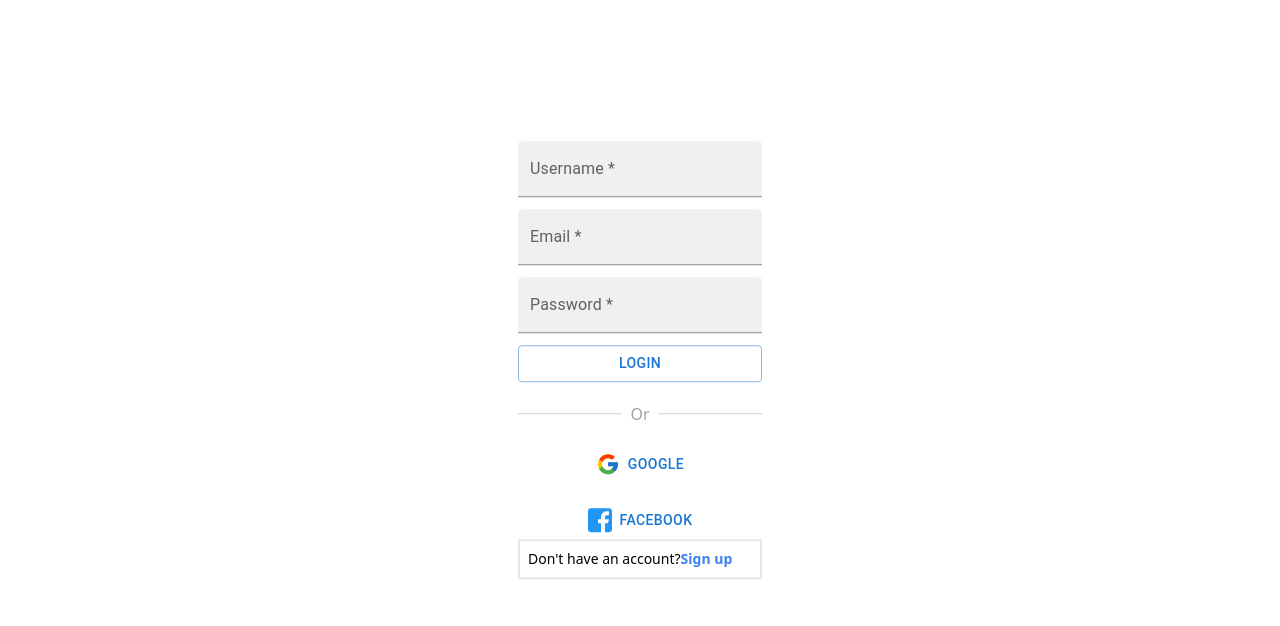
Repository: satya-ranjon/Instagram-clone-dev
Page: /login
These files come from the project's save history. The page is drawn as it stood at one moment and after the next save; the edit follows.
The browser window is 1280 px wide. The pictures show the whole page.
The project was rebuilt for these pictures with package versions that can differ from the ones it lists, and the page was loaded fresh each time. Also part of the build but not shown: src/components/PostDetiels/PostDetielPost.jsx, src/components/PostDetiels/PostDetielsHader.jsx, src/components/PostDetiels/SingleComment.jsx, src/components/PostDetiels/CommentDetiels.jsx, src/components/PostDetiels/Comment.jsx, src/components/PostDetiels/PostDitelsFooter.jsx, src/components/PostDetiels/PostDetielsContainer.jsx, src/components/Expolor/ExpolorPost.jsx and 37 more.

Above is the page before, as saved 2022-04-25 17:32:08.

### public/index.html
<!DOCTYPE html>
<html lang="en">
  <head>
    <meta charset="utf-8" />
    <link rel="icon" href="%PUBLIC_URL%/faveicon.png" />
    <meta name="viewport" content="width=device-width, initial-scale=1" />
    <meta name="theme-color" content="#000000" />
    <meta
      name="description"
      content="Web site created using create-react-app"
    />
    <link rel="apple-touch-icon" href="%PUBLIC_URL%/logo192.png" />
    <!--
      manifest.json provides metadata used when your web app is installed on a
      user's mobile device or desktop. See https://developers.google.com/web/fundamentals/web-app-manifest/
    -->
    <link rel="manifest" href="%PUBLIC_URL%/manifest.json" />
    <!--
      Notice the use of %PUBLIC_URL% in the tags above.
      It will be replaced with the URL of the `public` folder during the build.
      Only files inside the `public` folder can be referenced from the HTML.

      Unlike "/favicon.ico" or "favicon.ico", "%PUBLIC_URL%/favicon.ico" will
      work correctly both with client-side routing and a non-root public URL.
      Learn how to configure a non-root public URL by running `npm run build`.
    -->
    <title>React App</title>
  </head>
  <body>
    <noscript>You need to enable JavaScript to run this app.</noscript>
    <div id="root"></div>
    <!--
      This HTML file is a template.
      If you open it directly in the browser, you will see an empty page.

      You can add webfonts, meta tags, or analytics to this file.
      The build step will place the bundled scripts into the <body> tag.

      To begin the development, run `npm start` or `yarn start`.
      To create a production bundle, use `npm run build` or `yarn build`.
    -->
  </body>
</html>

### src/index.css
@import url("https://fonts.googleapis.com/css2?family=Kaushan+Script&display=swap");

@tailwind base;
@tailwind components;
@tailwind utilities;

@layer components {
  .grid___three {
    @apply grid grid-cols-1 sm:grid-cols-2 md:grid-cols-3 gap-2 lg:gap-4 transition-all duration-300 my-10 font-semibold mx-10  sm:mx-20 lg:mx-32 xl:mx-40;
  }
  .grid___two {
    @apply grid grid-cols-1 sm:grid-cols-2 gap-2 lg:gap-4  my-10 font-semibold mx-10 transition-all duration-300 sm:mx-20 lg:mx-32 xl:mx-40;
  }
  .grid___one {
    @apply grid grid-cols-1  gap-2 lg:gap-4  my-10 font-semibold mx-10 sm:mx-32 md:mx-44 transition-all duration-300 lg:mx-60 xl:mx-60;
  }
  .img__three {
    @apply bg-red-300 w-full h-[18rem] transition-all duration-300 sm:h-[14rem] xl:h-[18rem] 2xl:h-[28rem];
  }
  .img__two {
    @apply bg-red-300 w-full h-[18rem] transition-all duration-300 sm:h-[20rem] lg:h-[24rem] xl:h-[28rem] 2xl:h-[40rem];
  }
  .img__one {
    @apply bg-red-300 w-full h-[18rem] transition-all duration-300 sm:h-[20rem] lg:h-[32rem] xl:h-[40rem] 2xl:h-[52rem];
  }
  .button__btn {
    @apply text-sm bg-neutral-200 transition-all duration-300 hover:bg-neutral-300 my-auto p-1 px-3 rounded-sm font-semibold cursor-pointer;
  }
  .photo__feed {
    @apply grid grid-cols-2 md:grid-cols-3 lg:grid-cols-4 gap-3 sm:max-h-[26rem] h-fit sm:overflow-y-scroll;
  }
  .profile_section {
    @apply w-full px-10 sm:px-0 sm:w-[18rem] md:w-[25rem] lg:w-[38rem] xl:w-[50rem] 2xl:w-[60rem];
  }
  .image__i {
    @apply h-[12rem] sm:h-[10rem] lg:h-[12rem] w-full bg-red-200;
  }
  .video__v {
    @apply h-[20rem] md:h-full w-full bg-red-200 sm:col-span-2 row-span-2;
  }
  .post__detiels_model {
    @apply transition-all duration-300 sm:w-[36rem] lg:w-[60rem] xl:w-[75rem] h-[70rem]  lg:h-[50rem] flex lg:flex-row flex-col justify-between;
  }
}

@layer utilities {
  .text__2xl {
    font-size: 3rem;
  }
}

/* body::-webkit-scrollbar {
  display: none;
} */
.hide_scrollbar::-webkit-scrollbar {
  display: none;
  overflow: hidden;
}

#category {
  overflow: hidden;
}

.hover_show {
  top: -1000%;
  left: 0%;
  transition: all 0.3s;
}
.expolor:hover .hover_show {
  display: block;
  top: 0%;
}

.login__box {
  position: absolute;
  top: 50%;
  left: 50%;
  transform: translate(-50%, -50%);
}

### src/App.js
import { Route, Routes } from "react-router-dom";
import ExpolorContainer from "./components/Expolor/ExpolorContainer";
import HomeContainder from "./components/Home/HomeContainder";
import InboxContainer from "./components/Inbox/InboxContainer";
import LoginSign from "./components/LoginSign";
import PrivateRoutes from "./components/PrivateRoutes";
import ProfileContainer from "./components/Profile/ProfileContainer";

function App() {
  return (
    <>
      <Routes>
        <Route path="/*" element={<PrivateRoutes />}>
          <Route path="" element={<HomeContainder />} />
          <Route path="inbox" element={<InboxContainer />} />
          <Route path="profile" element={<ProfileContainer />} />
          <Route path="expolor" element={<ExpolorContainer />} />
        </Route>
        <Route path="/login" element={<LoginSign />} />
        <Route path="/signup" element={<LoginSign />} />
      </Routes>
    </>
  );
}

export default App;

### src/components/LoginSign.jsx
import { Button, TextField } from "@mui/material";
import React from "react";
import { FcGoogle } from "react-icons/fc";
import facebook from "../Assets/image/facebook.png";
import { useLocation } from "react-router-dom";
export default function LoginSign() {
  const { pathname } = useLocation();
  return (
    <div className=" w-full h-screen">
      <div className="login__box">
        <div className=" space-y-5">
          <form className=" space-y-3">
            {pathname === "/login" && (
              <TextField
                className="w-full"
                id="filled-basic"
                label="Username *"
                variant="filled"
              />
            )}
            <br />
            <TextField
              className="w-full"
              id="filled-basic"
              label="Email *"
              variant="filled"
            />
            <br />
            <TextField
              className="w-full"
              id="filled-basic"
              label="Password *"
              variant="filled"
            />
            <br />
            <Button className="w-full" variant="outlined">
              Login
            </Button>
          </form>
          <div className="flex justify-between space-x-2 text-gray-400">
            <div className="w-full h-[1px] bg-gray-300 my-auto"></div>
            <div className="">Or</div>
            <div className="w-full h-[1px] bg-gray-300 my-auto"></div>
          </div>
          <Button variant="text" className=" w-full flex space-x-2">
            <FcGoogle className=" text-2xl" />
            <p className="">Google</p>
          </Button>
          <Button variant="text" className=" w-full flex space-x-2">
            <img src={facebook} alt="" />
            <p className=" ">Facebook</p>
          </Button>
        </div>
        <div className="w-ful text-sm border-2 p-2">
          <p>
            Don't have an account?
            <span className=" text-blue-500 font-semibold">Sign up</span>
          </p>
        </div>
      </div>
    </div>
  );
}

### tailwind.config.js
module.exports = {
  content: ["./src/**/*.{js,jsx,ts,tsx}"],
  theme: {
    extend: {
      screens: {
        "3sm": "380px",
        "2sm": "480px",
        "4sm": "640px",
        "2lg": "1160px",
      },
    },
  },
  plugins: [require("tailwind-scrollbar")],
};

Loaded but not shown: src/index.js (common file)

After the next save:
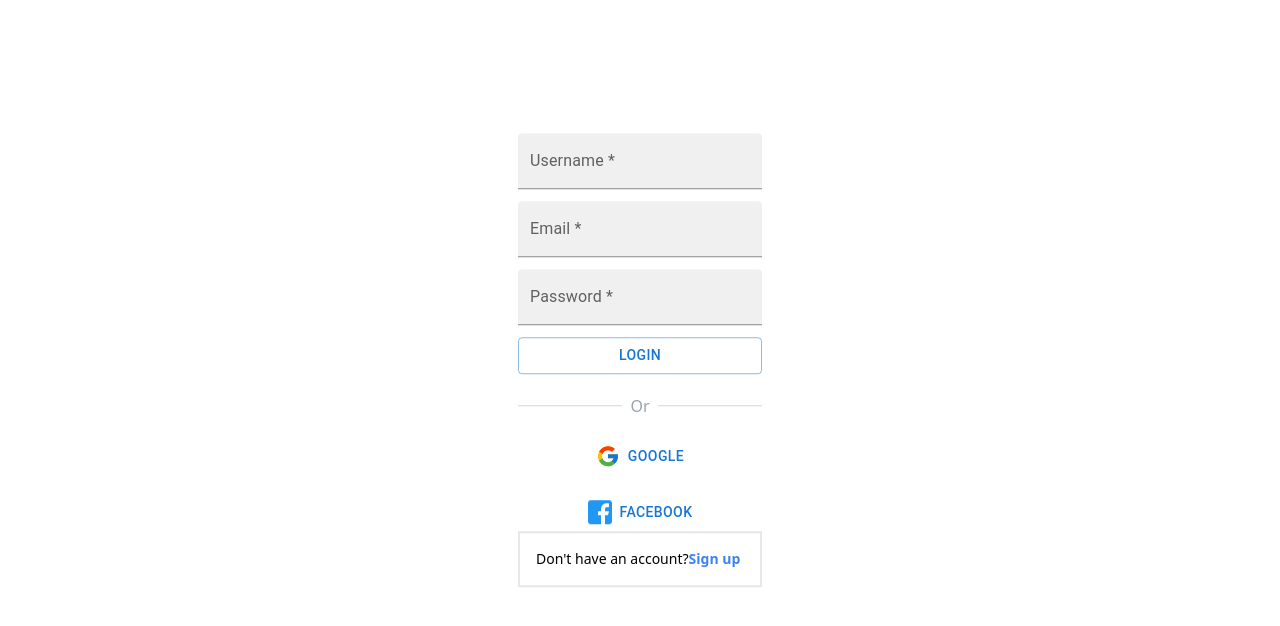
Saved 4 s later.
--- a/src/components/LoginSign.jsx
+++ b/src/components/LoginSign.jsx
@@ -51,7 +51,7 @@
             <p className=" ">Facebook</p>
           </Button>
         </div>
-        <div className="w-ful text-sm border-2 p-2">
+        <div className="w-ful text-sm border-2 p-4">
           <p>
             Don't have an account?
             <span className=" text-blue-500 font-semibold">Sign up</span>

After the 2 saves that followed:
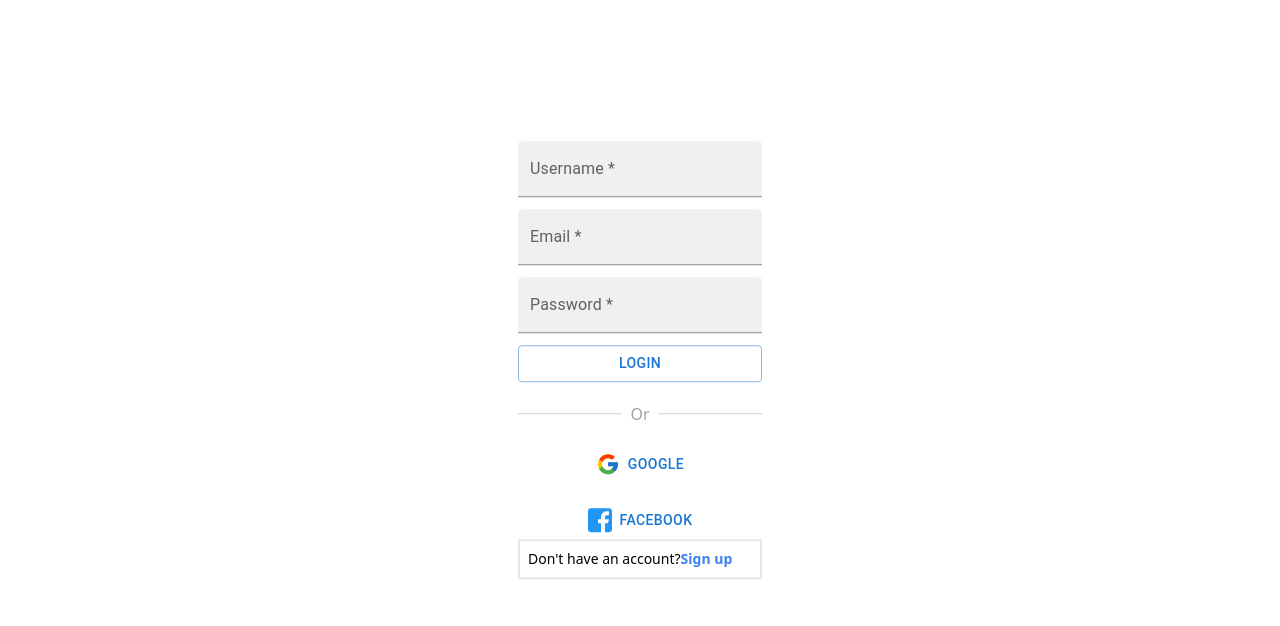
The 2 saves are shown as one change because they came seconds apart.
The last was saved 7 s later.
--- a/src/components/LoginSign.jsx
+++ b/src/components/LoginSign.jsx
@@ -51,7 +51,7 @@
             <p className=" ">Facebook</p>
           </Button>
         </div>
-        <div className="w-ful text-sm border-2 p-4">
+        <div className="w-ful text-sm border-2 p-2">
           <p>
             Don't have an account?
             <span className=" text-blue-500 font-semibold">Sign up</span>
